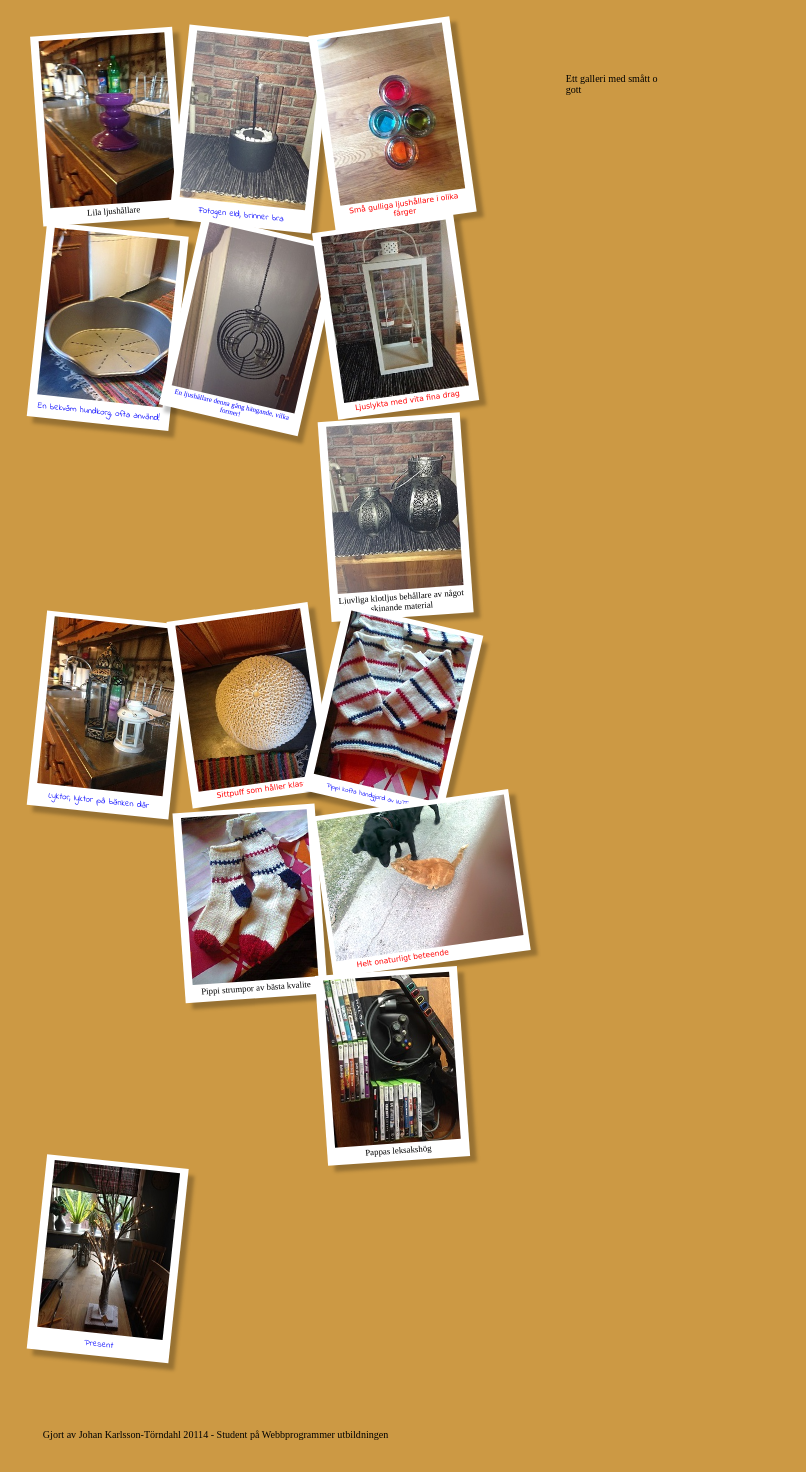
Repository: jt222ia/1ik415-jt222ia-laborationer
Page: gallery/index.html
The author's editor kept a record of every edit. The page is drawn from the files as they stood at one moment, then again after the next edit.
The browser window is 1280 px wide. The pictures show the whole page, at 63% of full size.

Above is the page before.

### gallery/index.html
<!DOCTYPE html>
<html>
    <head>
        <meta charset="utf-8" />
        <title>Mitt fotogalleri</title>
        <link href='http://fonts.googleapis.com/css?family=Reenie+Beanie' rel='stylesheet' type='text/css'>
        <link href='http://fonts.googleapis.com/css?family=Indie+Flower' rel='stylesheet' type='text/css'>
        <link rel="shortcut icon" href="../pics/favicon.ico" />
        <link rel="apple-touch-icon" href="../pics/apple_touch.png" />
        <link rel="stylesheet"  href="gallery.css" />

    </head>
    <body>
        <div id="container">
            <div id="images">
              <a href="gallerypics/1.jpg" title="Lila ljushållare"><img src="gallerypics/1.jpg" alt="Fin fin lila ljushållare" /></a>
              <a href="gallerypics/2.jpg" title="Fotogen eld, brinner bra"><img src="gallerypics/2.jpg" alt="Kalas fin brännare som värmer" /></a>
              <a href="gallerypics/3.jpg" title="Små gulliga ljushållare i olika färger"><img src="gallerypics/3.jpg" alt="Gulliga små ljushållare" /></a>
              <a href="gallerypics/4.jpg" title="En bekväm hundkorg, ofta använd!"><img src="gallerypics/4.jpg" alt="Doggens korg" /></a>
              <a href="gallerypics/5.jpg" title="En ljushållare denna gång hängande, vilka former!"><img src="gallerypics/5.jpg" alt="Cirkelhållare ör ljus" /></a>
              <a href="gallerypics/6.jpg" title="Ljuslykta med vita fina drag"><img src="gallerypics/6.jpg" alt="Ännu en ljuslykta" /></a>
              <a href="gallerypics/7.jpg" title="Ljuvliga klotljus behållare av något skinande material"><img src="gallerypics/7.jpg" alt="Frun har för många" /></a>
              <a href="gallerypics/8.jpg" title="Lyktor, lyktor på bänken där"><img src="gallerypics/8.jpg" alt="Lyktor med glamour" /></a>
              <a href="gallerypics/9.jpg" title="Sittpuff som håller klass"><img src="gallerypics/9.jpg" alt="Vit fin sittpuff" /></a>
              <a href="gallerypics/10.jpg" title="Pippi kofta handgjord av INTE mig"><img src="gallerypics/10.jpg" alt="Pippi skjorta" /></a>
              <a href="gallerypics/11.jpg" title="Pippi strumpor av bästa kvalite"><img src="gallerypics/11.jpg" alt="Pippi strumpor" /></a>
              <a href="gallerypics/12.jpg" title="Helt onaturligt beteende"><img src="gallerypics/12.jpg" alt="Ska inte vara möjligt" /></a>
              <a href="gallerypics/13.jpg" title="Pappas leksakshög"><img src="gallerypics/13.jpg" alt="Dags att sälja " /></a>
              <a href="gallerypics/14.jpg" title="Present"><img src="gallerypics/14.jpg" alt="Presenter jag gav iår till frugan" /></a>
            </div>
        <aside>
        <p>Ett galleri med smått o gott</p>
        </aside>

         <footer>
             <p>Gjort av Johan Karlsson-Törndahl 20114 - Student på Webbprogrammer utbildningen</p>
         </footer>



        </div>
    </body>
</html>

### gallery/gallery.css
body {

    background-color:#c94;
}
#container {
    width:1000px;
    margin:50px;

}
#images {
    float:left;
    width:830px;
}
#images a
{
    color: #000;
    background-color: #FFF;
    text-decoration: none;
    text-align: center;
    font-size: 14px;
    display: block;
    float: left;
    padding: 8px;
    -webkit-transform: rotate(-4deg);
    -moz-transform: rotate(-4deg);
    transform: rotate(-4deg);
    -webkit-transition: -webkit-transform 0.7s linear;
    -moz-transition: -moz-transform 0.7s linear;
    transition: transform 0.7s linear;
    -webkit-box-shadow: 10px 10px 6px rgba(0,0,0,.26);
    -moz-box-shadow: 0 3px 6px rgba(0,0,0,.26);
}
#images a:nth-child(even)
{
    -webkit-transform: rotate(6deg);
    -moz-transform: rotate(6deg);
     transform: rotate(6deg);
     color: blue;
     font-family:'Indie Flower', cursive;
     font-size: 14px;
}
#images a:nth-child(3n)
{
    -webkit-transform: rotate(-8deg);
    -moz-transform: rotate(-8deg);
    transform: rotate(-8deg);
    position: relative;
    top: -10px;
    color: Red;
    font-family:Verdana;
    font-size: 12px;
}
#images a:nth-child(5n)
{
    -webkit-transform: rotate(13deg);
    -moz-transform: rotate(13deg);
    transform: rotate(13deg);
    position: relative;
    margin-right:5px;
    color: blue;
    font-size: 11px;

}
#images a:hover
{
    -webkit-transform: scale(1.30);
    -moz-transform: scale(1.30);
    transform: scale(1.30);
    position: relative;
    z-index:5;
}
#images a:focus
{
   -webkit-transform: scale(1.30);
    -moz-transform: scale(1.30);
    transform: scale(1.30);
    position: relative;
    z-index:5;
    font-weight:bold;
}
#images a:after
{
    content: attr(title);
    display:block;
    width:210px;
}


#images a:hover, #images a:focus
{
    -webkit-box-shadow: 3px 3px 10px rgba(0,0,0,.8);
    -moz-box-shadow: 3px 3px 10px rgba(0,0,0,.8);
    box-shadow: 3px 3px 10px rgba(0,0,0,.8);
}

aside
{
    padding: 50px 10px 50px 10px;

    float: right;
    width: 150px;
}

footer
{
    clear: both;
    padding: 100px 0 0 10px;
}

After the next edit:
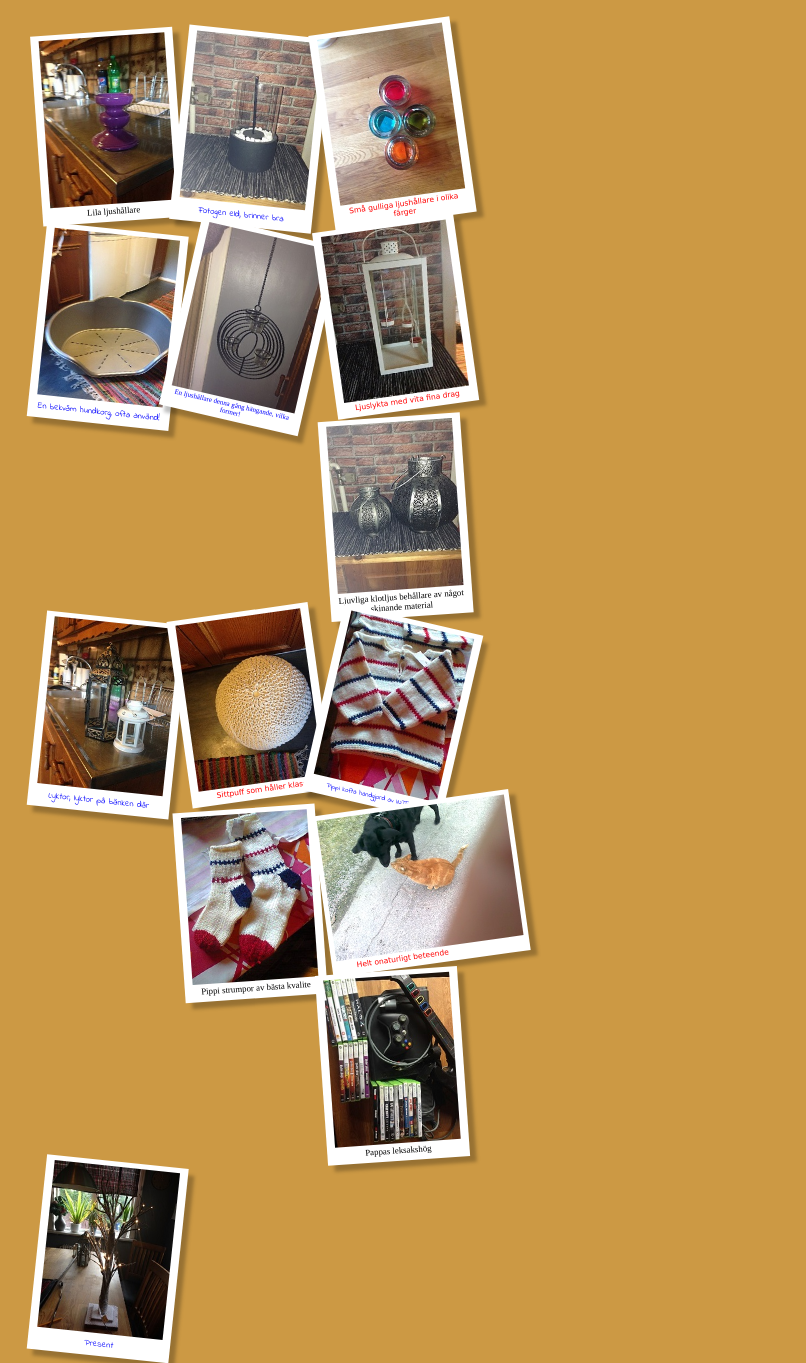
The edit:
--- a/gallery/index.html
+++ b/gallery/index.html
@@ -28,16 +28,6 @@
               <a href="gallerypics/13.jpg" title="Pappas leksakshög"><img src="gallerypics/13.jpg" alt="Dags att sälja " /></a>
               <a href="gallerypics/14.jpg" title="Present"><img src="gallerypics/14.jpg" alt="Presenter jag gav iår till frugan" /></a>
             </div>
-        <aside>
-        <p>Ett galleri med smått o gott</p>
-        </aside>
-
-         <footer>
-             <p>Gjort av Johan Karlsson-Törndahl 20114 - Student på Webbprogrammer utbildningen</p>
-         </footer>
-
-
-
-        </div>
+       </div>
     </body>
 </html>
